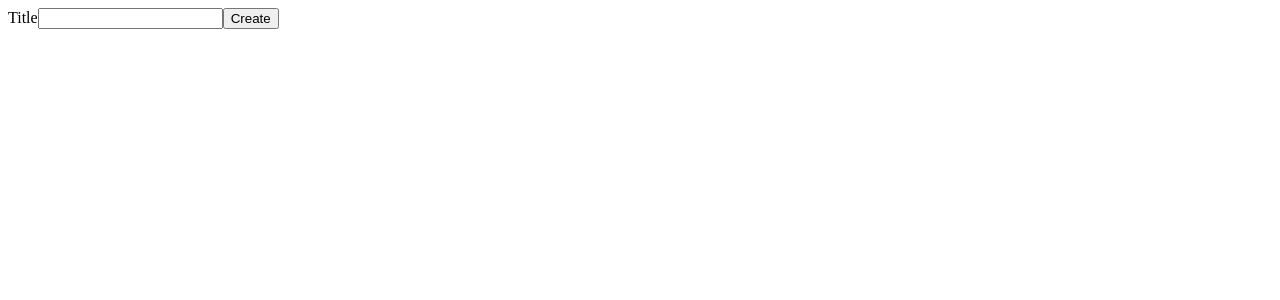
Repository: stavan30/Books
Page: /
The author's editor kept a copy of each file at every save. The page is drawn from the files as they stood at one save, then again after the next save.
The browser window is 1280 px wide. The pictures show the whole page.
The project was rebuilt for these pictures with package versions that can differ from the ones it lists, and the page was loaded fresh each time.

Above is the page before, as saved 2024-02-28 17:47:14.

After the next save:
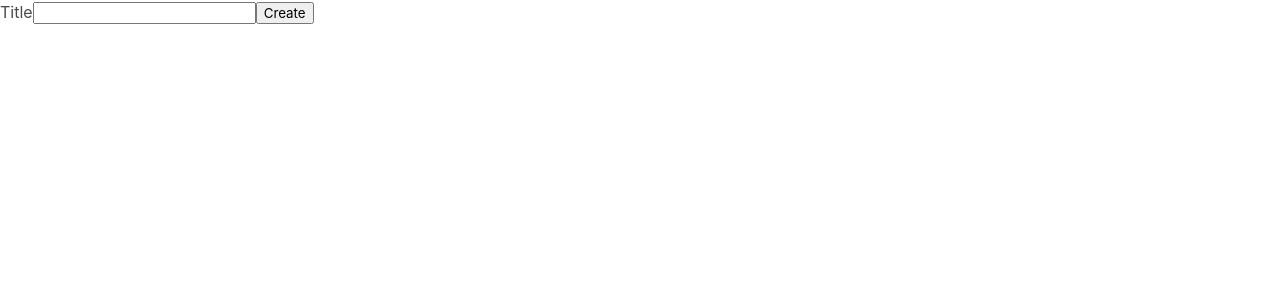
Saved 84 s later.
--- a/src/index.js
+++ b/src/index.js
@@ -1,6 +1,7 @@
 import React from "react";
 import  ReactDOM  from "react-dom/client";
 import App from './App'
+import './index.css'
 
 const el = document.getElementById('root');
 const root = ReactDOM.createRoot(el)
